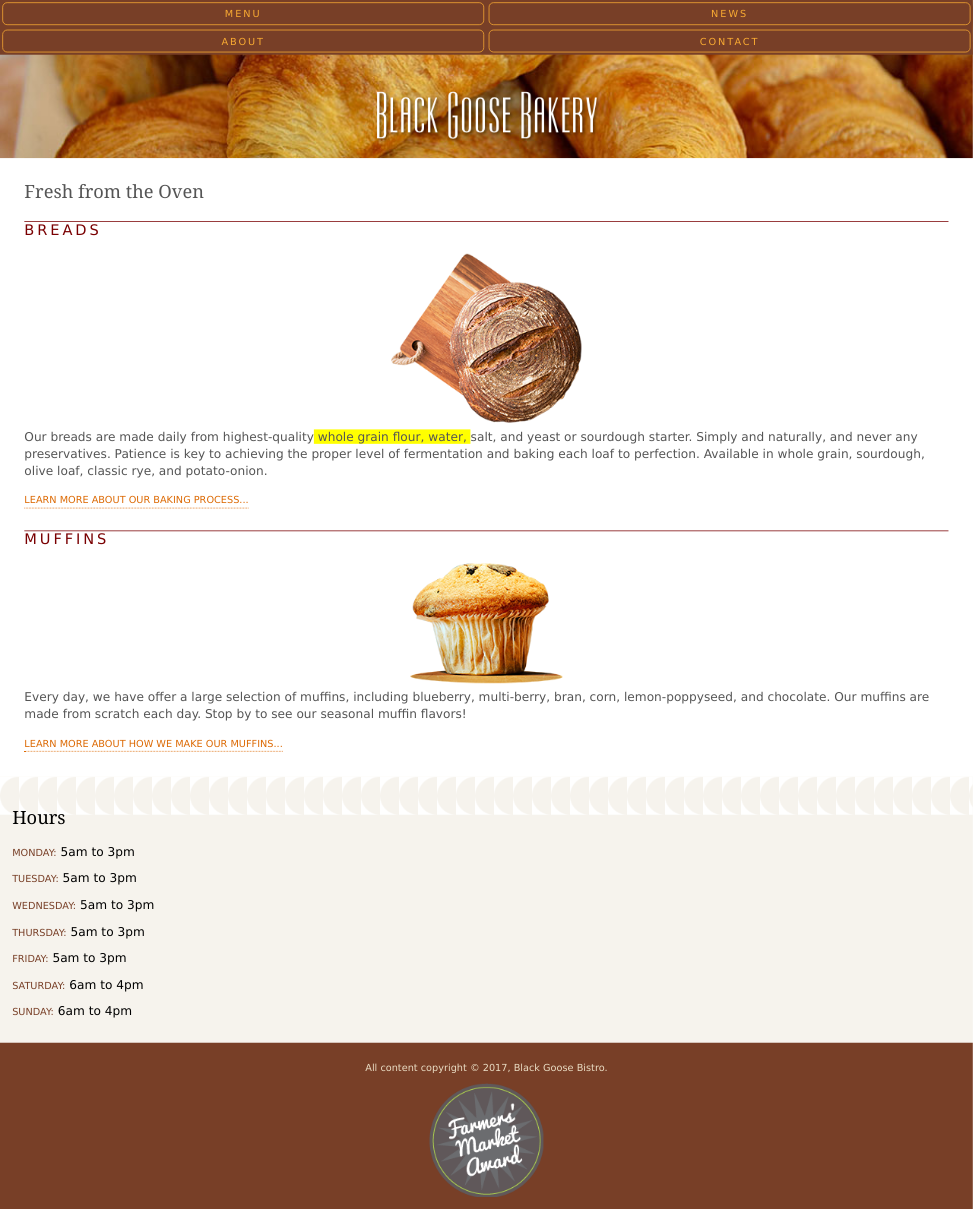
Repository: Colo-Codes/code-practice
Page: 02-css-practice-9.html
These files come from the project's save history. The page is drawn as it stood at one moment and after the next save; the edit follows.
The browser window is 1280 px wide. The pictures show the whole page, at 76% of full size.
Some web fonts or font styles are not loaded; a fallback is used.

Above is the page before, as saved 2021-06-04 12:14:28.

### 02-css-practice-9.html
<!doctype html>
<html>
<head>
<meta charset="UTF-8">
<title>Black Goose Bakery</title>
<meta name="viewport" content="width=device-width, initial-scale=1">
<link href="https://fonts.googleapis.com/css?family=Stint+Ultra+Expanded" rel="stylesheet">
<style>
@import url(./css/02-css-practice-9.css);
</style>
</head>

<body>
<div id="container">
<header>
<nav>
  <ul>
    <li><a href="">Menu</a></li>
    <li><a href="">News</a></li>
    <li><a href="">About</a></li>
    <li><a href="">Contact</a></li>
  </ul>
</nav>
<h1><img src="./images/bgb_logo.png" alt="Black Goose Bakery"></h1>
<p>The delicious baked goods you love at Black Goose Bistro...now available to go!</p>
</header>

<main>
<h2>Fresh from the Oven</h2>
<h3>Breads</h3>
<p><img src="./images/bread.png" alt="round loaf of bread on cutting board"> Our breads are made daily from highest-quality<span class="linelength"> whole grain flour, water, </span>salt, and yeast or sourdough starter. Simply and naturally, and never any preservatives. Patience is key to achieving the proper level of fermentation and baking each loaf to perfection. Available in whole grain, sourdough, olive loaf, classic rye, and potato-onion.</p>
<p class="more"><a href="">Learn more about our baking process...</a></p>

<h3>Muffins</h3>
<p><img src="./images/muffin.png" alt="one chocolate chip muffin"> Every day, we have offer a large selection of muffins, including blueberry, multi-berry, bran, corn, lemon-poppyseed, and chocolate. Our muffins are made from scratch each day. Stop by to see our seasonal muffin flavors!</p>
<p class="more"><a href="">Learn more about how we make our muffins...</a></p>
</main>

<aside>
<h2>Hours</h2>
<p><span class="day">Monday:</span> 5am to 3pm</p>
<p><span class="day">Tuesday:</span> 5am to 3pm</p>
<p><span class="day">Wednesday:</span> 5am to 3pm</p>
<p><span class="day">Thursday:</span> 5am to 3pm</p>
<p><span class="day">Friday:</span> 5am to 3pm</p>
<p><span class="day">Saturday:</span> 6am to 4pm</p>
<p><span class="day">Sunday:</span> 6am to 4pm</p>
</aside>

<footer>
<p>All content copyright &copy; 2017, Black Goose Bistro.</p>
  <div id="award">
    <img src="./images/award.png" alt="Farmers' Market Award">
  </div>
</footer>
</div>
</body>
</html>

### css/02-css-practice-9.css
@charset "UTF-8";
html {
  box-sizing: border-box;
}
* {
  box-sizing: inherit;
}

body {
  font-family: Verdana, Arial, serif;
  font-size: 100%;
  background-color: white;
  margin: 0;
}

/* link styles */
a:link, a:visited { color: #DC6903; }
a:focus, a:hover, a:active { color: #F9AB33; }

a {
	 text-decoration: none;
	 border-bottom: 1px dotted;
	 padding-bottom: .2em;
}



/* header styles */
header {
	color: white;
	background: url(../images/croissants_banner.jpg) no-repeat center center;
	background-size: cover;
	text-align: center;
	height: 13em;
}
header h1 {
	margin-top: 1.5em;
}
header p {
	display: none;
}


/* nav styles */
nav, footer {
	font-family: verdana, sans-serif;
	background-color: #783F27;
}
nav ul li a:link, nav ul li a:visited {
	color: #F9AB33;
}
nav ul li a:focus, nav ul li a:hover, nav ul li a:active {
	color: #fff;
}
nav ul {
  margin: 0;
  padding: 0;
  list-style-type: none;
  display: flex;
  flex-wrap: wrap;
}

nav ul li {
    font-size: .8em;
	text-transform: uppercase;
	letter-spacing: .2em;
	flex: 1 1 50%;
}
nav ul li a {
  display: block;
  border: 1px solid;
  padding: .5em 1em;
  border-radius: .5em;
  margin: .25em;
  }


/* main "products" styles */
main {
	font-size: 1em;
	line-height: 1.4em;
	color: #555;
	margin: 2.5%;

}
h2 {
	font-family: Georgia, serif;
	font-weight: normal;
	font-size: 1.5em;
}
h3 {
	font-family: Verdana, sans-serif;
	font-weight: normal;
	font-size: 1.2em;
	text-transform: uppercase;
	letter-spacing: .2em;
	color: #7A0002;
	border-top: 1px solid;
	margin-top: 1.5em;
}
p.more {
	font-family: verdana, sans-serif;
	text-transform: uppercase;
	font-size: .8em;
	clear: left;
}
main img {
  display: block;
  margin: .5em auto;
}
/*




/* aside "hours" styles */
aside {
	background: url(../images/scallop.png) repeat-x left top;
	background-color: #F6F3ED;
	padding: 1em;

}
/* misc styles */
footer {
	color: #EADDC4;
	text-align: center;
	font-size: .8em;
	padding: 1em;
}
.day {
	color: #783F27;
	font-family: verdana, sans-serif;
	font-size: .8em;
	text-transform: uppercase;
}
.linelength {
	background: yellow;
}

After the next save:
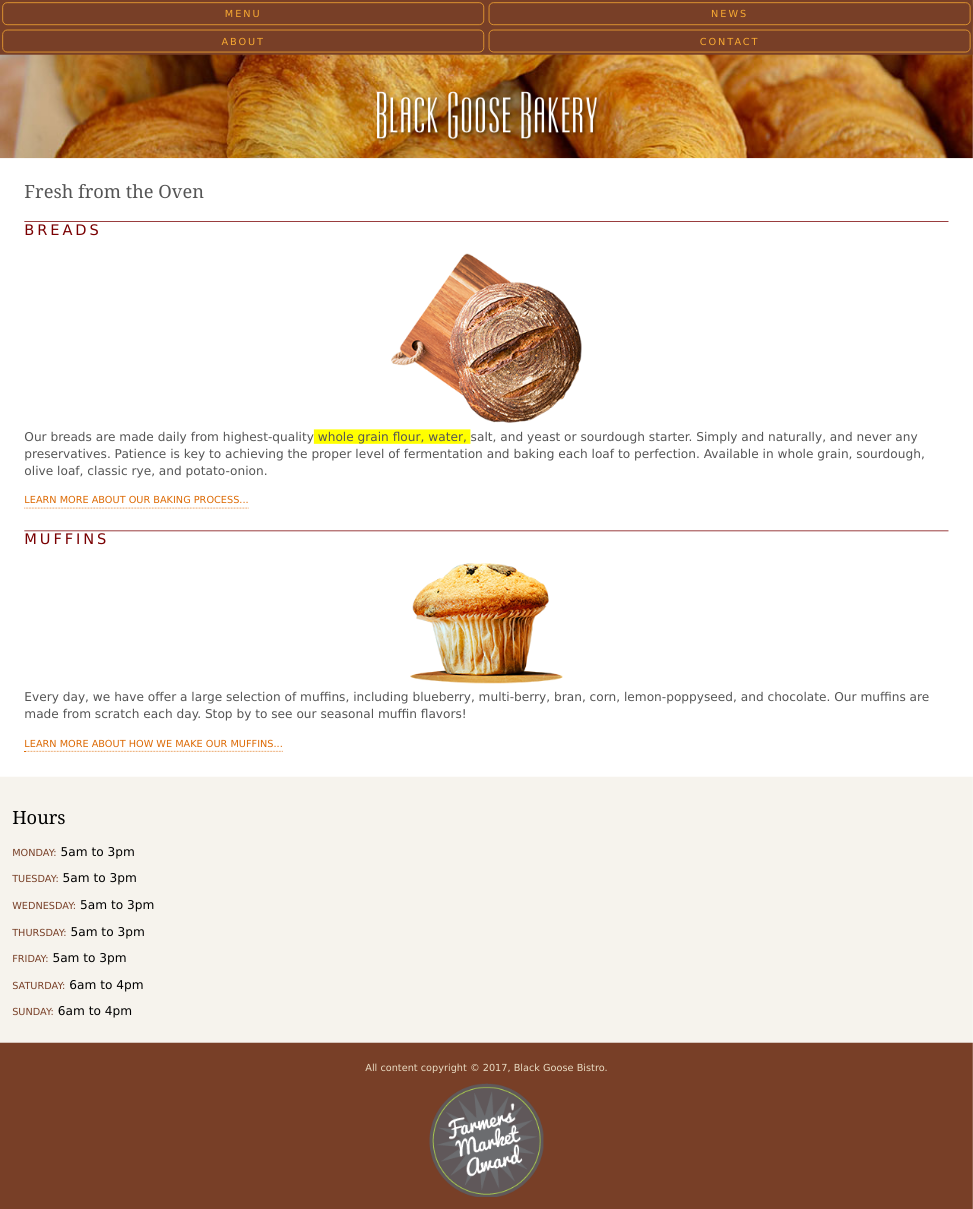
Not found: images/scallop-top.png
Saved 2 min 42 s later.
--- a/css/02-css-practice-9.css
+++ b/css/02-css-practice-9.css
@@ -115,7 +115,7 @@ main img {
 
 /* aside "hours" styles */
 aside {
-	background: url(../images/scallop.png) repeat-x left top;
+	background: url(../images/scallop-top.png) repeat-x left top;
 	background-color: #F6F3ED;
 	padding: 1em;
 

After the save that followed:
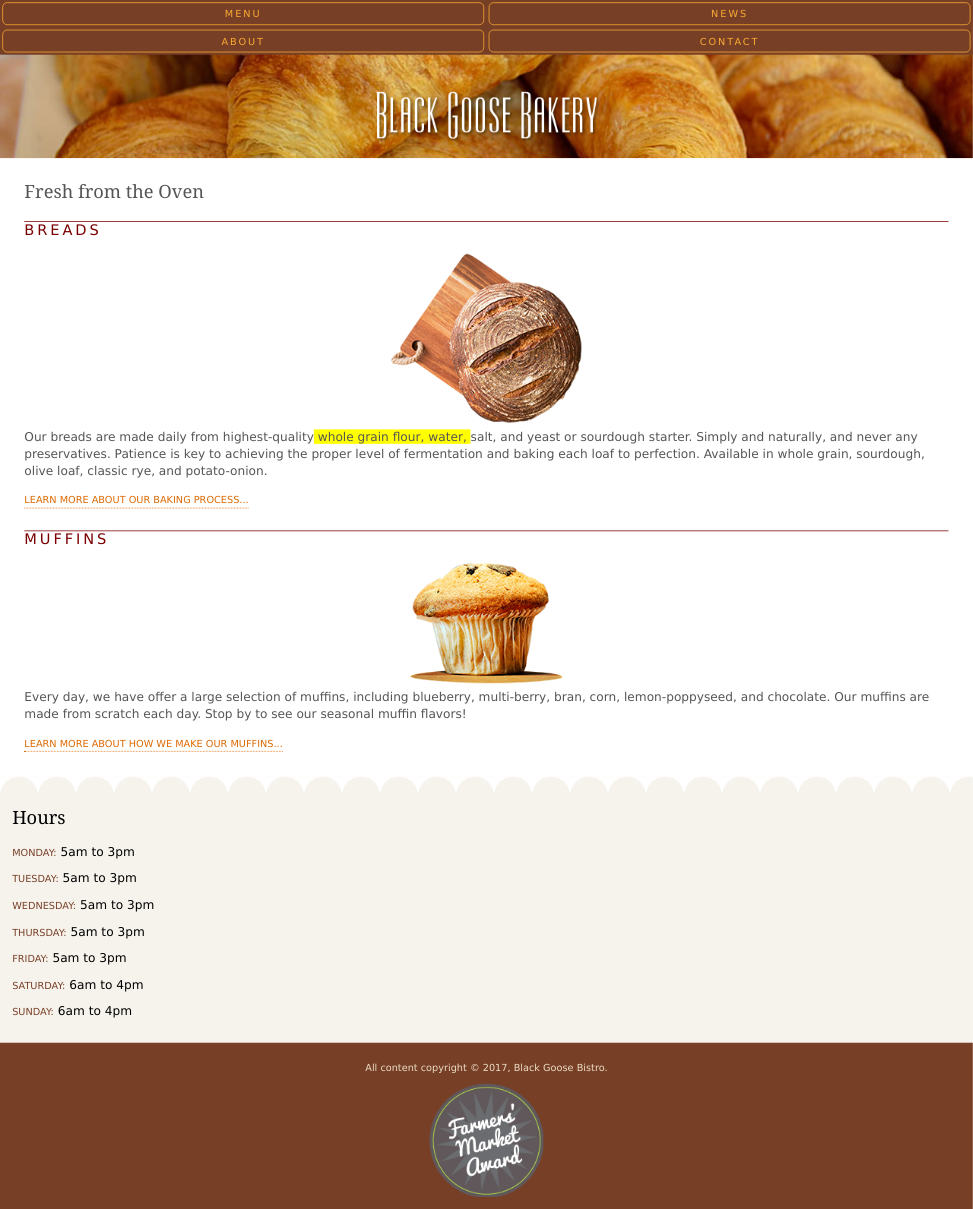
Saved 22 s later.
--- a/css/02-css-practice-9.css
+++ b/css/02-css-practice-9.css
@@ -115,7 +115,7 @@ main img {
 
 /* aside "hours" styles */
 aside {
-	background: url(../images/scallop-top.png) repeat-x left top;
+	background: url(../images/scallop_top.png) repeat-x left top;
 	background-color: #F6F3ED;
 	padding: 1em;
 
